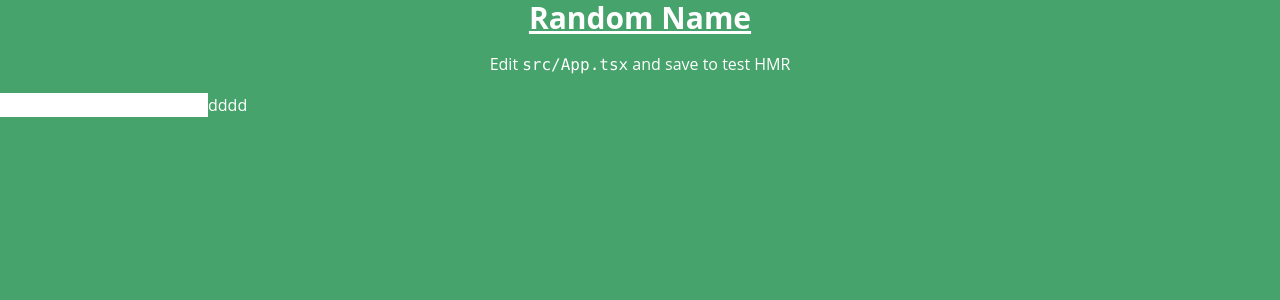
Repository: prodavetc/randomname
Page: /
An editor plug-in stored every save of this project. The page is shown before and after the next save, followed by the edit.
The browser window is 1280 px wide. The pictures show the whole page.
The project was rebuilt for these pictures with package versions that can differ from the ones it lists, and the page was loaded fresh each time. Also part of the build but not shown: vite.config.ts.

Above is the page before, as saved 2024-03-26 10:24:31.

After the next save:
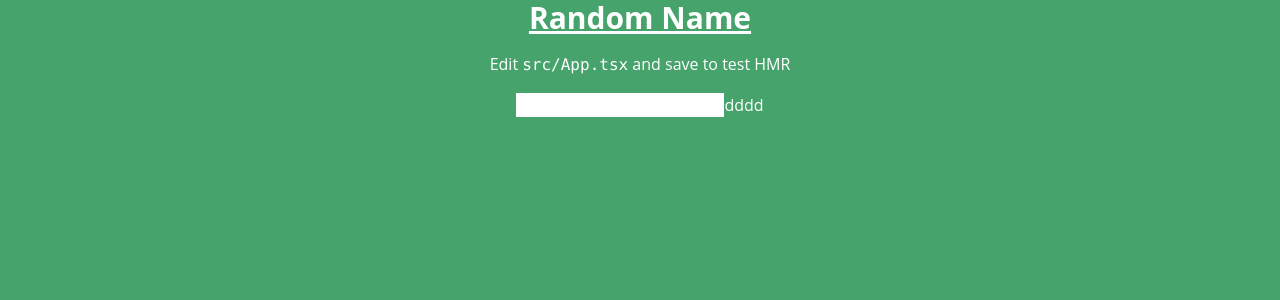
Saved 24 s later.
--- a/src/components/RandomName.tsx
+++ b/src/components/RandomName.tsx
@@ -33,7 +33,7 @@ const RandomName = () => {
           Edit <code>src/App.tsx</code> and save to test HMR
         </p>
       </div>
-      <div>
+      <div className="text-center">
         <form onSubmit={onPressHandler}>
           <input name='list' />
           <button
